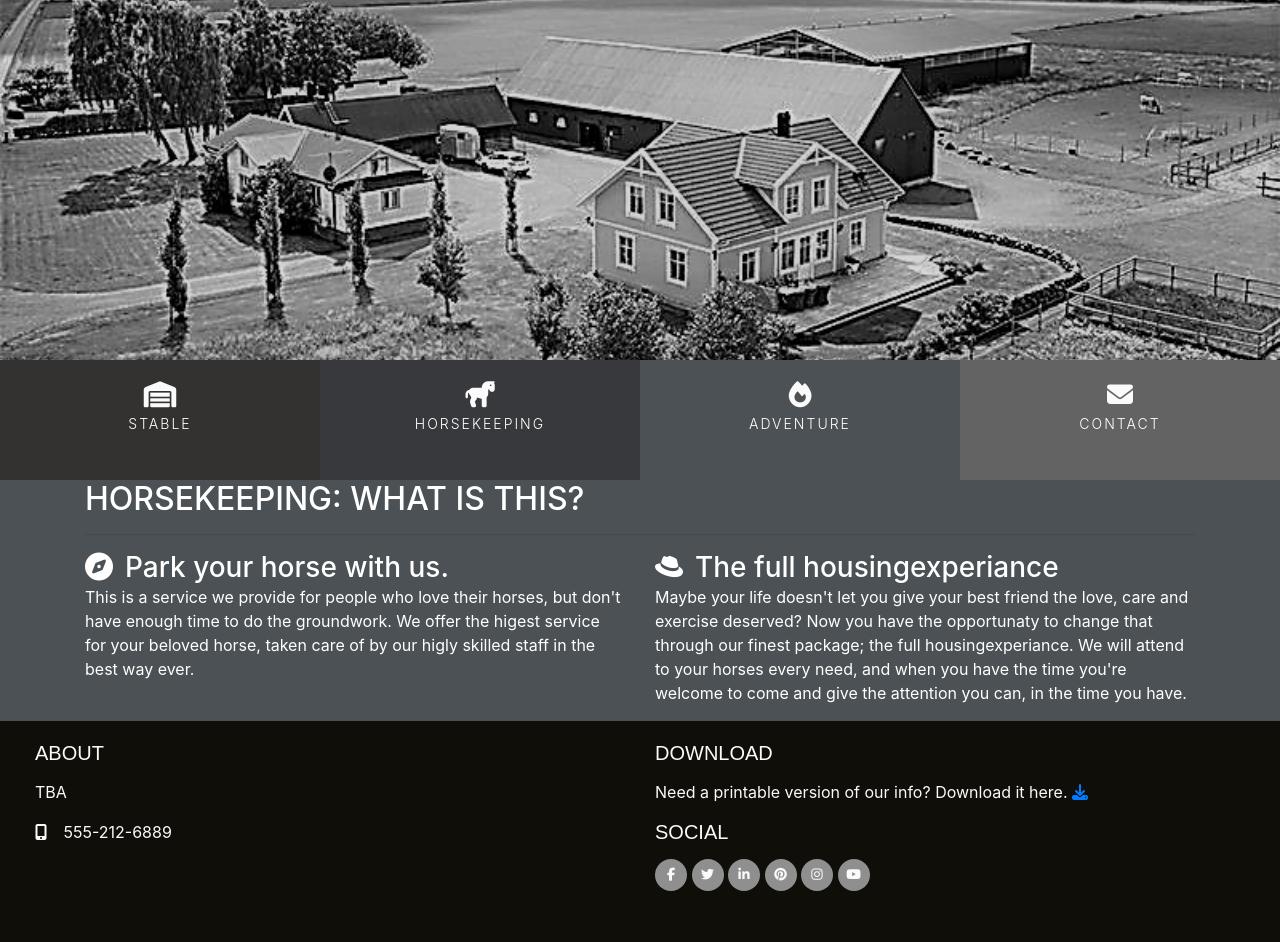
Repository: Jadehammar/frontendmilestone
Page: horsekeeping.html
The author's editor kept a record of every edit. The page is drawn from the files as they stood at one moment, then again after the next edit.
The browser window is 1280 px wide. The pictures show the whole page.
Backgrounds fixed to the window are drawn as part of the page. Some web libraries are served in a nearby version.

Above is the page before.

After the next edit:
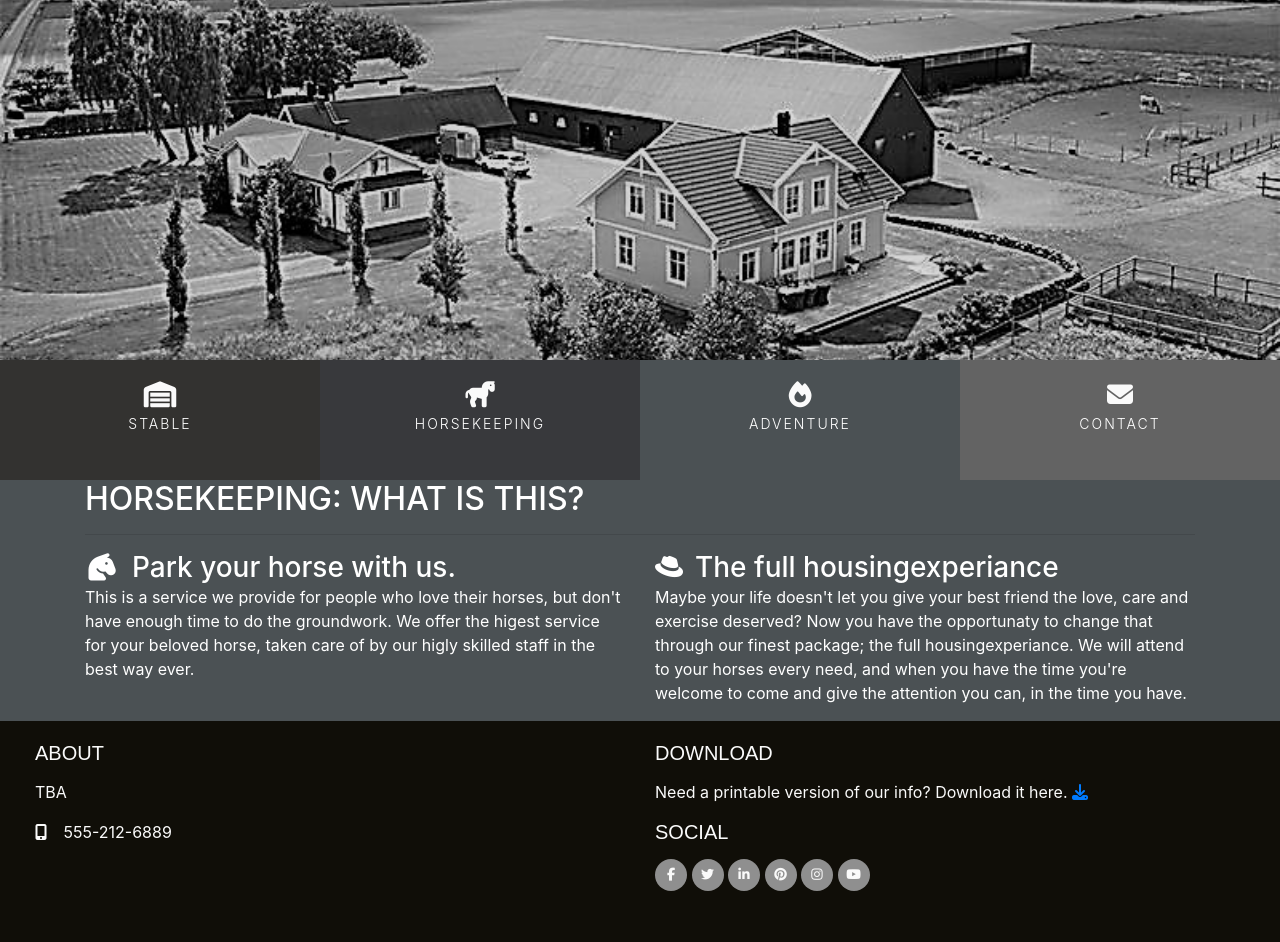
The edit:
--- a/horsekeeping.html
+++ b/horsekeeping.html
@@ -51,7 +51,7 @@
                 <div class="row">
                     <div class="col-12 col-md-6">
                         <div class="feature">
-                            <h3><i class="fas fa-compass" style="padding-right: 12px;">
+                            <h3><i class="fas fa-horse-head" style="padding-right: 12px;">
                             </i>Park your horse with us.</h3>
                             <p>This is a service we provide for people who love their horses, but don't have enough time to do the groundwork. We offer the higest service for your beloved horse, taken care of by our higly skilled staff in the best way ever.</p>
                         </div>
